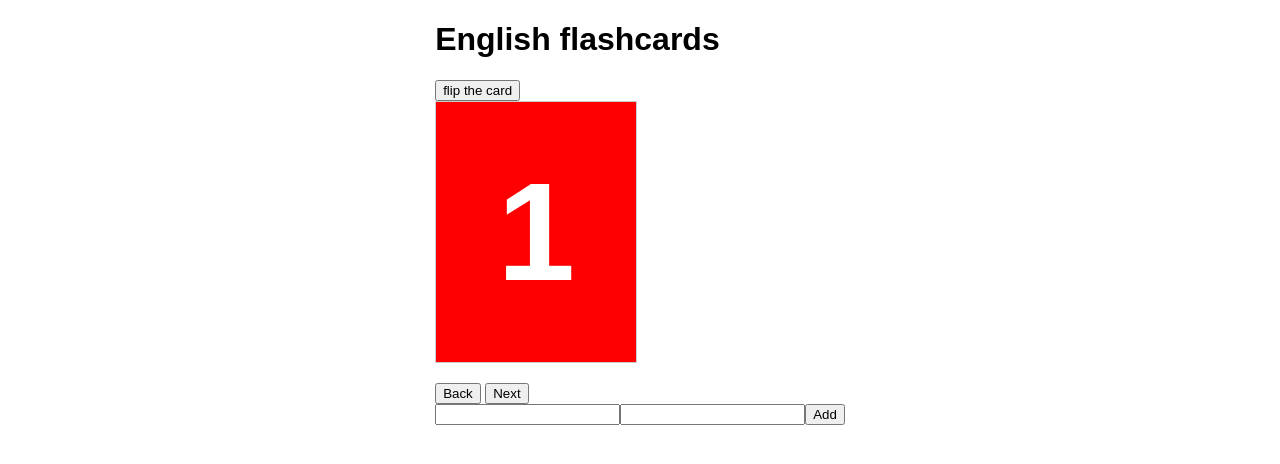
Repository: AdrianGizycki/English-Flashcards
Page: index.html
The author's editor kept a copy of each file at every save. The page is drawn from the files as they stood at one save, then again after the next save.
The browser window is 1280 px wide. The pictures show the whole page.

Above is the page before, as saved 2019-09-17 19:42:57.

### index.html
<!DOCTYPE html>
<html lang="en">
<head>
    <meta charset="UTF-8">
    <meta name="viewport" content="width=device-width, initial-scale=1.0">
    <meta http-equiv="X-UA-Compatible" content="ie=edge">
    <link rel="stylesheet" type="text/css" href="style.css">
    <title>English Flashcards</title>
</head>
<body>
    <div class="mainDiv">
        <div>
            <h1> English flashcards</h1>

                <button>flip the card</button>
                    <section class="container">
                        <div class="flip-card">
                            <div class="flip-card-front">1</div>
                            <div class="flip-card-back">2</div>
                        </div>
                    </section>
                <button class="btn1">Back</button>
                <button class="btn2">Next</button>
                <form>
                    <input/><input/><button>Add</button>
                </form>
                <!-- <input type="text" placeholder="Word in English">
                <input type="text" placeholder="Word in Polish">
                <button>Add</button> -->
            </div>
    </div>
    </div>

    <script src="app.js" type="text/javascript"></script>
</body>
</html>

### style.css
body {
    font-family: Arial, Helvetica, sans-serif;
    height: 100%;
    padding: 0;
    margin: 0;
    box-sizing: border-box;
  }
  .mainDiv {
    height: 100%;
    width: auto;
    display: flex;
    justify-content: center;
    justify-items: center;
  }

  .container {
    width: 200px;
    height: 260px;
    position: relative;
    border: 1px solid #ccc;
    -webkit-perspective: 800px;
    -moz-perspective: 800px;
    -o-perspective: 800px;
    perspective: 800px;
}
.flip-card {
    width: 100%;
    height: 100%;
    position: absolute;
    -webkit-transition: -webkit-transform 1s;
    -moz-transition: -moz-transform 1s;
    -o-transition: -o-transform 1s;
    transition: transform 1s;
    -webkit-transform-style: preserve-3d;
    -moz-transform-style: preserve-3d;
    -o-transform-style: preserve-3d;
    transform-style: preserve-3d;
    -webkit-transform-origin: 50% 50%;
}
.flip-card div {
    display: block;
    height: 100%;
    width: 100%;
    line-height: 260px;
    color: white;
    text-align: center;
    font-weight: bold;
    font-size: 140px;
    position: absolute;
    -webkit-backface-visibility: hidden;
    -moz-backface-visibility: hidden;
    -o-backface-visibility: hidden;
    backface-visibility: hidden;
}
.flip-card .flip-card-front {
  background: red;
}
.flip-card .flip-card-back {
    background: blue;
    -webkit-transform: rotateY( 180deg );
    -moz-transform: rotateY( 180deg );
    -o-transform: rotateY( 180deg );
    transform: rotateY( 180deg );
}
.flipped {
    -webkit-transform: rotateY( 180deg );
    -moz-transform: rotateY( 180deg );
    -o-transform: rotateY( 180deg );
    transform: rotateY( 180deg );
}

  .btn1,
  .btn2,
  .btn3 {
      margin-top: 20px;
  }

### app.js
const englishWords = ['above', 'across', 'act',]
const polishWords = ['powyżej / nad / u góry', 'przez coś', 'akt / czyn / działanie']
if (englishWords !== polishWords) {
    console.log('ok')
} else {
    console.log('not ok')
}
// const englishWords = ['above', 'across', 'act', 'ahead', 'along',]
//  'among', 'amount', 'any', 'anyone', 'appear', 'approach', 'arms', 'around', 'art', 'as', 'attack', 'attempt', 'august', 'autumn', 'away', 'base', 'bear', 'become', 'began', 'beginning', 'behind', 'believe', 'belong', 'below', 'beyound', 'bill', 'bit', 'block', 'blood', 'blow', 'board', 'bottom', 'branch', 'break', 'bridge', 'bright', 'building', 'burn', 'capital', 'carry', 'case', 'cause', 'central', 'centre', 'century', 'certain', 'certainly', 'claim', 'coat', 'common', 'complete', 'concern', 'conditio', 'consider', 'continue', 'control', 'corner', 'count'];
// const polishWords = ['powyżej / nad / u góry', 'przez coś', 'akt / czyn / działanie', 'przed', 'wzdłuż', 'między / pośród', 'ilość', 'jakikolwiek', 'nikt', 'pojawić się', 'podejście', 'herb / uzbrojony', 'wokół / dookoła / w pobliżu', 'sztuka', 'jako/ tak jak', 'atak', 'próba', 'sierpień', 'jesień', 'od /daleko / z dala / z daleka', 'podstawa', 'niedźwiedź', 'zostać', 'rozpoczął', 'początek', 'za / z tyłu', 'wierzyć', 'należeć', 'poniżej', 'poza', 'za (czymś)', 'po drugiej stronie (czegoś)', 'dalej', 'projekt ustawy', 'rachunek', 'kawałek', 'klocek', 'krew', 'cios / dmuchać / wiać', 'deska', 'dolny', 'oddział / gałąź / rozgałęzienie', 'most', 'jasny', 'budynek', 'oparzenie', 'stolica', 'nieść', 'przypadek / walizka', 'przyczyna / powód', 'centralny / środkowy', 'środek', 'wiek', 'pewny', 'rzeczywiście / z pewnością / na pewno', 'roszczenie', 'sierść / powlekać / płaszcz / okrywać cienką warstwą', 'pospolity', 'cały / całkowity / pełny', 'troska', 'warunek', 'rozważać', 'kontynuować', 'kontrola', 'róg / narożnik', 'liczba / liczyć się']
const divContents1 = document.querySelector(".divContents1");
const divContents2 = document.querySelector(".divContents2");
const btnBeck = document.querySelector(".btn1");
const btnNext = document.querySelector(".btn2");
const btnToggle = document.querySelector(".btn3");
const visCard = document.querySelector(".flip-card-front");
const unvisCard = document.querySelector(".flip-card-back");
const flipCard = document.querySelector('.flip-card');
console.log(flipCard);
const max = englishWords.length;
const min = 0


// var counter = Math.floor(Math.random() * (max - min)) + min;
// console.log(counter);
// divContents1.innerText = englishWords[counter];
// divContents2.innerText = polishWords[counter];


// btnNext.addEventListener('click', function(){
//     if (counter === max - 1) {
//         counter = -1;
//     }
//     counter++;
//   divContents1.innerText = englishWords[counter];
//   divContents2.innerText = polishWords[counter];
//   console.log(counter);

// });

// btnBeck.addEventListener('click', function(){
//   counter--;
//   if (counter === -1) {
//     counter = max - 1;
//   }
//   divContents1.innerText = englishWords[counter];
//   divContents2.innerText = polishWords[counter];
//   console.log(counter);

// });

flipCard.addEventListener('click', () => {
     console.log("test");
     flipCard.classList.toggle("flipped")
});

document.addEventListener('keyup', function (e) {

    if (e.keyCode === 32) {
      flipCard.classList.toggle("flipped");
    }
});

After the next save:
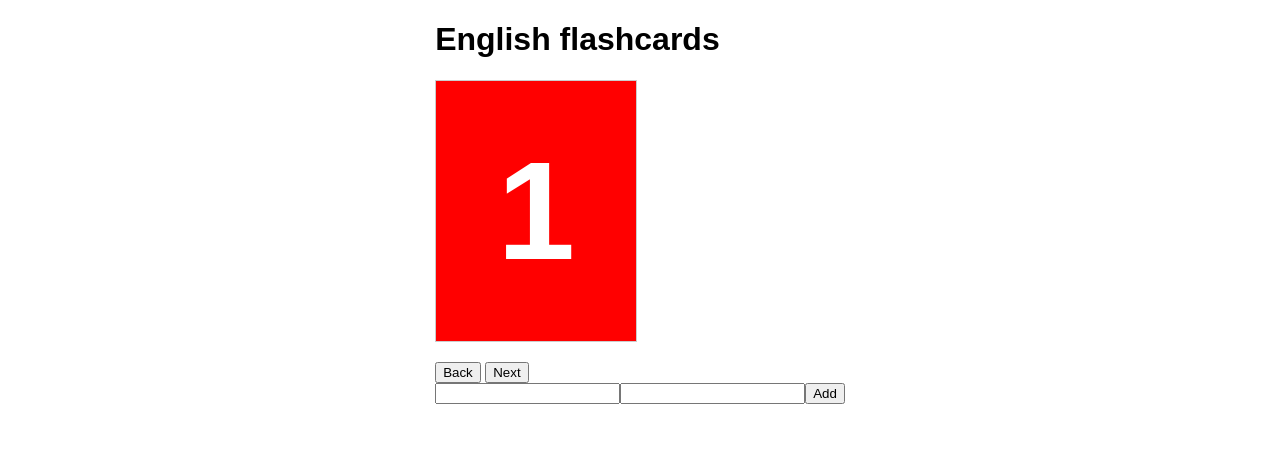
Saved 11 s later.
--- a/index.html
+++ b/index.html
@@ -12,7 +12,7 @@
         <div>
             <h1> English flashcards</h1>
 
-                <button>flip the card</button>
+
                     <section class="container">
                         <div class="flip-card">
                             <div class="flip-card-front">1</div>
